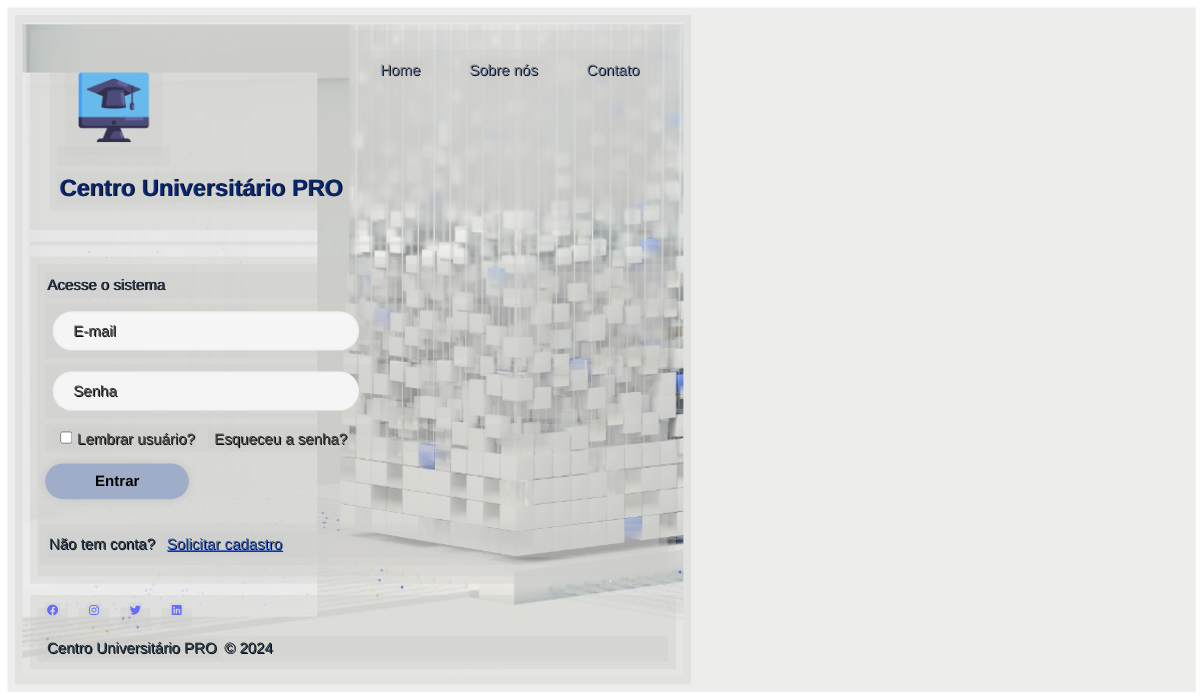
Repository: DanuziaRA/Cadastros-de-Usuarios
Page: /
The author's editor kept a copy of each file at every save. The page is drawn from the files as they stood at one save, then again after the next save.
The browser window is 1280 px wide. The pictures show the whole page, at 94% of full size.
The project was rebuilt for these pictures with package versions that can differ from the ones it lists, and the page was loaded fresh each time. Also part of the build but not shown: vite.config.js, src/components/Footer.css, src/router/Contact.jsx, src/router/ErrorPage.jsx, src/router/ContactDetails.jsx, src/router/Company.jsx, src/router/Forget.jsx.

Above is the page before, as saved 2024-10-01 12:24:08.

### src/main.jsx
import { StrictMode } from 'react'
import { createRoot } from 'react-dom/client'
import App from './App.jsx'
import './index.css'

import {createBrowserRouter, RouterProvider,Navigate} from 'react-router-dom';

  import Contact from './router/Contact.jsx';
  import ErrorPage from './router/ErrorPage.jsx';
  import ContactDetails from './router/ContactDetails.jsx';
  import Login from './router/Login.jsx';
  import Company from './router/Company.jsx';
  import Forget from './router/Forget.jsx';


  const router = createBrowserRouter([
        {
      path: "/",
      element: <App/>,
      errorElement: <ErrorPage />,
      children: [
        {
          path: "/",
          element:<Login />,
        },
        {
          path: "empresa",
          element:<Company />,
        },
        {
          path: "contact",
          element:<Contact />,
        },
        //Nested routes - identificando unico
        {
          path: "/contact/:id",
          element: <ContactDetails />,
        },
        {
          path: "forget",
          element: <Forget />,
        },
        //Navigate para página não existentes
        {
          path: "oldcontact",
          element: <Navigate to="/contact" />,
        },
      ],
    },
    ]);


createRoot(document.getElementById('root')).render(
  <StrictMode>
    <RouterProvider router={router} />
  </StrictMode>,
);

### src/App.jsx
import './App.css'

import { Outlet } from 'react-router-dom';
import Navbar from './components/Navbar';
import Footer from './components/Footer'


function App() {
  return (
      <div className='App'>
        <Navbar />
        <h1></h1>
        <Outlet />
        <Footer />

    </div>
  );
}

export default App;

### src/router/Login.jsx
import { useState } from "react";

import "./Login.css";

const Login = () => {

const [username, setUsername] = useState("");
const [password, setpassword] = useState("");

const handleSubmit = (event) => {
event.preventDefault();

alert("Enviando os dados");

console.log("teste", username,password);
console.log("Envio");
};

    return (

    <div className="container">
        <form onSubmit={handleSubmit}>
            <p>Acesse o sistema</p>
            <div className="input-field">
            <input type="email"
            placeholder = "E-mail"
            required
            onChange={(e) => setUsername(e.target.value)}/>
            </div>
            <div className="input-field">
            <input type="password"
            placeholder = "Senha"
            required
            onChange={(e) => setpassword(e.target.value)}/>
            </div>

            <div className="recall-forget">
                <label>
                    <input type="checkbox" />
                    Lembrar usuário?
                    </label>
                <a href="/forget"> Esqueceu a senha?</a>
                </div>

            <button>Entrar</button>
            <div className="signup-link">
                <p>Não tem conta? <a href="contact/:id">Solicitar cadastro</a></p>
            </div>
        </form>
        </div>
    )
}

export default Login

### src/App.css
* {
  box-sizing: border-box;
  margin: 6px;
  padding: 2px;
  font-family: Helvetica;
  font-size: 16px;
  text-shadow: #0c0c0c 1px 1px;
  background-color:rgba(202, 201, 200, 0.342);
}
.App{
  display: flex;
  flex-direction: column;
  flex-grow: 1;
  justify-content: center;
  align-items: left;
  background-image: url("src/assets/fundo cadastro.jpg");
  background-size: cover;
  background-position: center;
}

### src/components/Navbar.jsx
import { Link } from "react-router-dom"
import logo from './../assets/LOGO novo.png'
import { Component } from "react";
import './Navbar.css';


const Navbar = () => {
    return (
    <nav className="navbar">
        <div className="navbar-logo">
        <Link to="/">
            <img src={logo} alt=""/>
            </Link>
            <h1>Centro Universitário PRO</h1>
            </div>
            <ul className="navbar-links">
            <li><a href="/">Home</a></li>
            <li><a href="/Company">Sobre nós</a></li>
            <li><a href= "/Contact">Contato</a></li>
            </ul>
    </nav>
    )
}

export default Navbar

### src/components/Footer.jsx
import { FaFacebook, FaInstagram,FaTwitter,FaLinkedin } from "react-icons/fa"
import { Link } from "react-router-dom";
import './Footer.css';

function Footer(){
    return (
        <nav>
            <Link to="https://www.facebook.com/?locale=pt_BR">
            < FaFacebook alt=""/>
            </Link>
            <Link to="https://www.instagram.com/">
            < FaInstagram alt=""/>
            </Link>
            <Link to="/">
            < FaTwitter alt=""/>
            </Link>
            <Link to="https://www.linkedin.com.br">
            < FaLinkedin alt=""/>
            </Link>
            <p><span>Centro Universitário PRO</span>&copy; 2024</p>
            </nav>


    );

}
export default Footer

### src/router/Login.css
.input-field input{
    width: 50%;
    height: 70%;
    background-color: #f5f5f5;
    outline: none;
    border: 2px solid rgba(224, 222, 222, 0.2);
    border-radius: 40px;
    font-size: 16px;
    color: #070000;
    padding: 10px 20px;
}
.input-field input::placeholder{
color: #494949;
}

.container .recall-forget{
display: left;
justify-content: space-between;
font-size: 15px;
margin: -px 0 20px;
}
.recall-forget label{
color: #494949;
}
.recall-forget input{
margin-right: 5px;
}
.recall-forget a, .signup-link p a{
color: #494949;
text-decoration: none;
}
.recall-forget a:hover, .signup-link p a{
text-decoration: underline;
}
.container button{
width: 23%;
height: 500%;
font-size: 16px;
padding: 10px 20px;
background-color:#9aa8c8e1;
border: none;
outline: none;
border-radius: 500px;
box-shadow: 0 0 10px rgba(0,0,0,0.1);
cursor: pointer;
font-weight: 600;
text-shadow: none;
}
.container .signup-link{
font-size: 15px;
text-align: left;
margin: 20px 0 10px;
}
.signup-link p a{
color:#2d5ac4e1;
}

### src/components/Navbar.css
.navbar{
    display: flex;
    justify-content: space-between;
    padding: 15px;
    align-items: left;
}
.navbar-logo h1{
    color: #06297ae1;
    font-size: 25px;
    align-items: center;


}
.navbar-links {
list-style-type: none;
display: flex;
gap: 20px;
align-items: left;

}
.navbar li{
    display: inline;
    }
.navbar-links li a {
    color: #67789ee1;
    text-decoration: none;
}
.navbar-links li a:hover{
    color:#ddd;
}

Loaded but not shown: index.html (common file); src/index.css (common file)

After the next save:
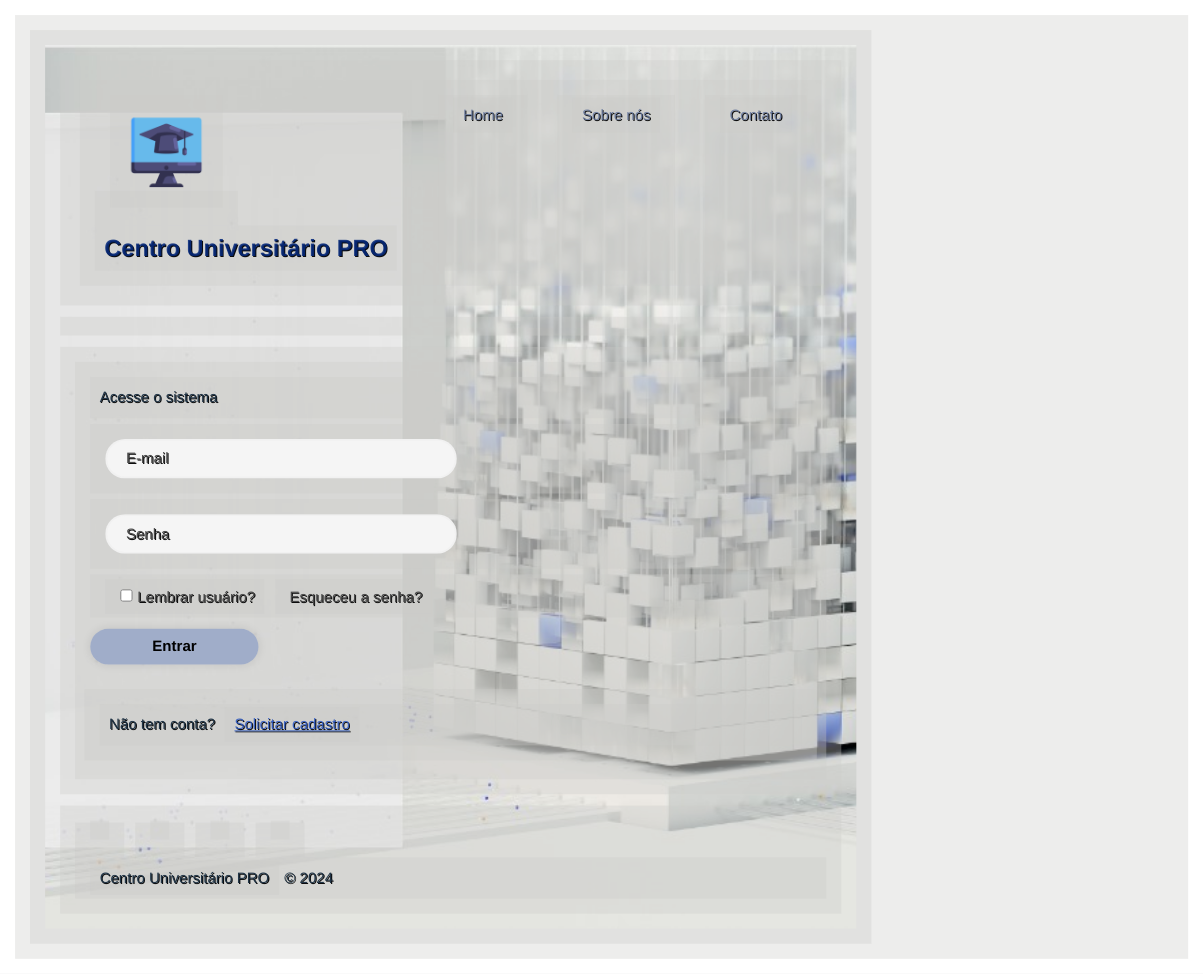
Saved 23 s later.
--- a/src/App.css
+++ b/src/App.css
@@ -1,7 +1,7 @@
 * {
   box-sizing: border-box;
   margin: 6px;
-  padding: 2px;
+  padding: 10px;
   font-family: Helvetica;
   font-size: 16px;
   text-shadow: #0c0c0c 1px 1px;

After the save that followed:
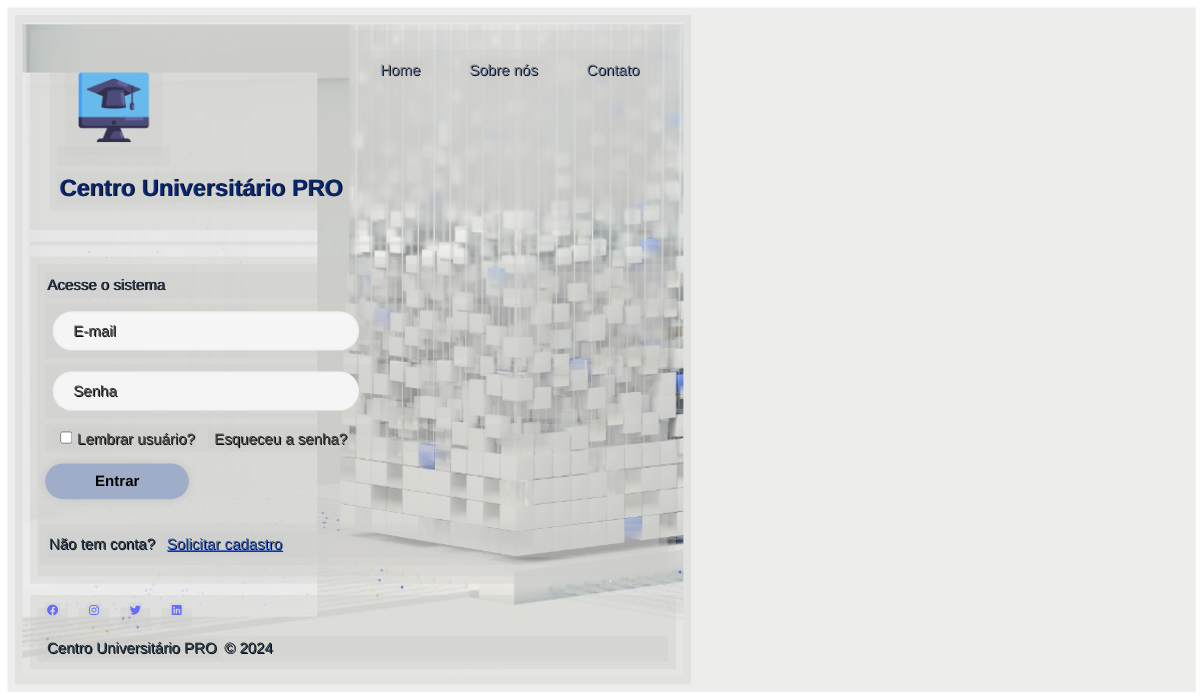
Saved 6 s later.
--- a/src/App.css
+++ b/src/App.css
@@ -1,7 +1,7 @@
 * {
   box-sizing: border-box;
   margin: 6px;
-  padding: 10px;
+  padding: 2px;
   font-family: Helvetica;
   font-size: 16px;
   text-shadow: #0c0c0c 1px 1px;
